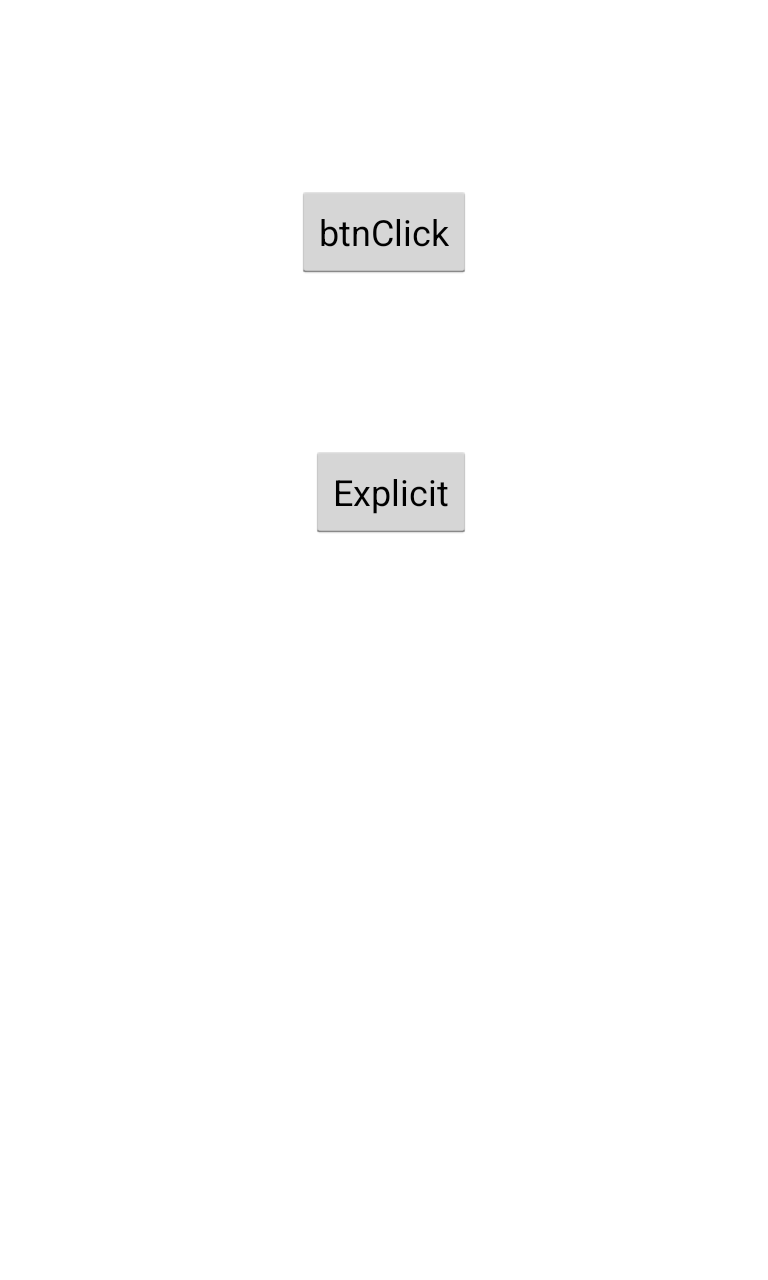
Repository: 12030121030/eventhandling
Layout: Intent/res/layout/activity_main.xml
The author's editor kept a copy of each file at every save. The layout is drawn from the files as they stood at one save, then again after the next save.
It is drawn on a 768 x 1280 px phone screen (xhdpi) without system bars, with theme AppTheme; the app's code is not run.

Above is the layout before, as saved 2015-01-30 03:35:32.

### Intent/res/layout/activity_main.xml
<RelativeLayout xmlns:android="http://schemas.android.com/apk/res/android"
    xmlns:tools="http://schemas.android.com/tools"
    android:layout_width="match_parent"
    android:layout_height="match_parent"
    android:paddingBottom="@dimen/activity_vertical_margin"
    android:paddingLeft="@dimen/activity_horizontal_margin"
    android:paddingRight="@dimen/activity_horizontal_margin"
    android:paddingTop="@dimen/activity_vertical_margin"
    tools:context=".MainActivity" >

    <Button
        android:id="@+id/button1"
        android:layout_width="wrap_content"
        android:layout_height="wrap_content"
        android:layout_centerHorizontal="true"
        android:layout_marginTop="76dp"
        android:text="btnClick" />

    <Button
        android:id="@+id/button2"
        android:layout_width="wrap_content"
        android:layout_height="wrap_content"
        android:layout_alignRight="@+id/button1"
        android:layout_below="@+id/button1"
        android:layout_marginTop="82dp"
        android:text="Explicit" />

</RelativeLayout>

Loaded but not shown: Intent/res/values/styles.xml (common file); Intent/res/values-v11/styles.xml (common file); Intent/res/values-v14/styles.xml (common file); Intent/res/values/dimens.xml (common file)

After the next save:
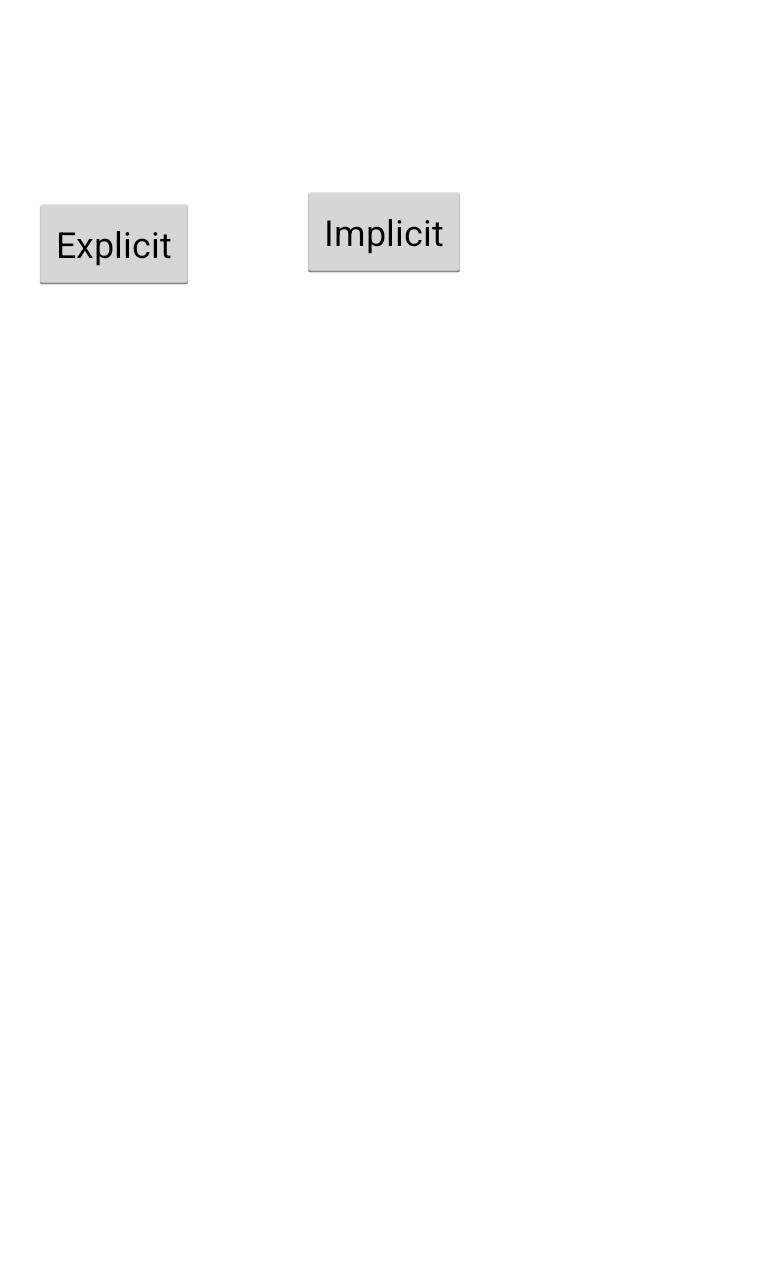
Saved 13 s later.
--- a/Intent/res/layout/activity_main.xml
+++ b/Intent/res/layout/activity_main.xml
@@ -9,12 +9,12 @@
     tools:context=".MainActivity" >
 
     <Button
-        android:id="@+id/button1"
+        android:id="@+id/btnClick"
         android:layout_width="wrap_content"
         android:layout_height="wrap_content"
         android:layout_centerHorizontal="true"
         android:layout_marginTop="76dp"
-        android:text="btnClick" />
+        android:text="Implicit" />
 
     <Button
         android:id="@+id/button2"
